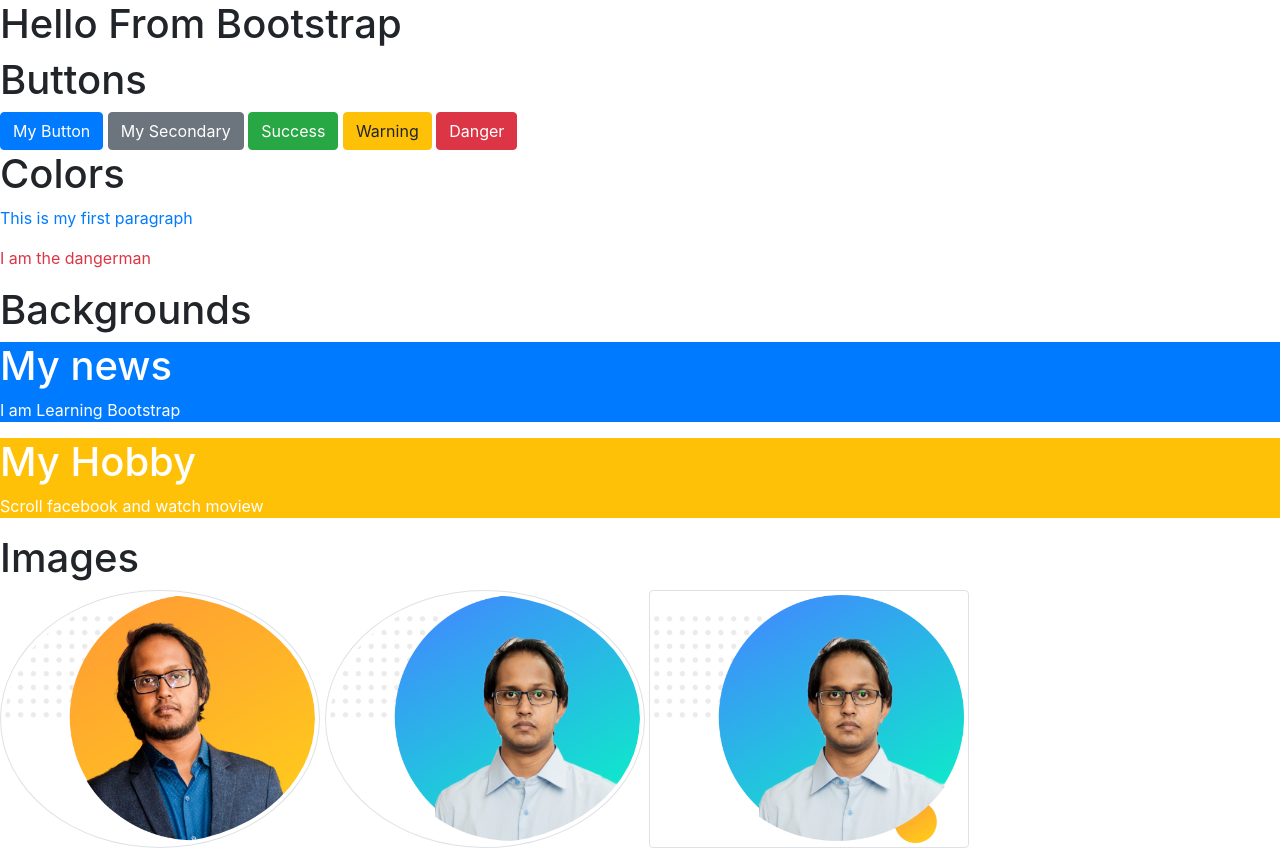
Repository: mohsinfarabi/bootstrap-practice
Page: index.html
An editor plug-in stored every save of this project. The page is shown before and after the next save, followed by the edit.
The browser window is 1280 px wide. The pictures show the whole page.

Above is the page before, as saved 2020-07-06 03:04:37.

### index.html
<!DOCTYPE html>
<html lang="en">

<head>
    <meta charset="UTF-8">
    <meta name="viewport" content="width=device-width, initial-scale=1.0">
    <title>Document</title>
    <link rel="stylesheet" href="css\bootstrap\css\bootstrap.min.css">
</head>

<body>
    <h1>Hello From Bootstrap</h1>
    <h1>Buttons</h1>
    <button class="btn btn-primary">My Button</button>
    <button class="btn btn-secondary">My Secondary</button>
    <button class="btn btn-success">Success</button>
    <button class="btn btn-warning">Warning</button>
    <button class="btn btn-danger">Danger</button>

    <h1>Colors</h1>
    <p class="text-primary">This is my first paragraph</p>
    <p class="text-danger">I am the dangerman</p>

    <h1>Backgrounds</h1>
    <div class="bg-primary text-white">
        <h1>My news</h1>
        <p>I am Learning Bootstrap</p>
    </div>
    <div class="bg-warning text-white">
        <h1>My Hobby</h1>
        <p>Scroll facebook and watch moview</p>
    </div>

    <h1>Images</h1>
    <img src="images/profile1.png" class="img-fluid w-25 rounded-circle img-thumbnail" alt="">
    <img src="images/profile2.png" class="img-fluid w-25 rounded-circle img-thumbnail" alt="">
    <img src="images/profile2.png" class="img-fluid w-25 img-thumbnail" alt="">
</body>

</html>

Loaded but not shown: css/bootstrap/css/bootstrap.min.css (library)

After the next save:
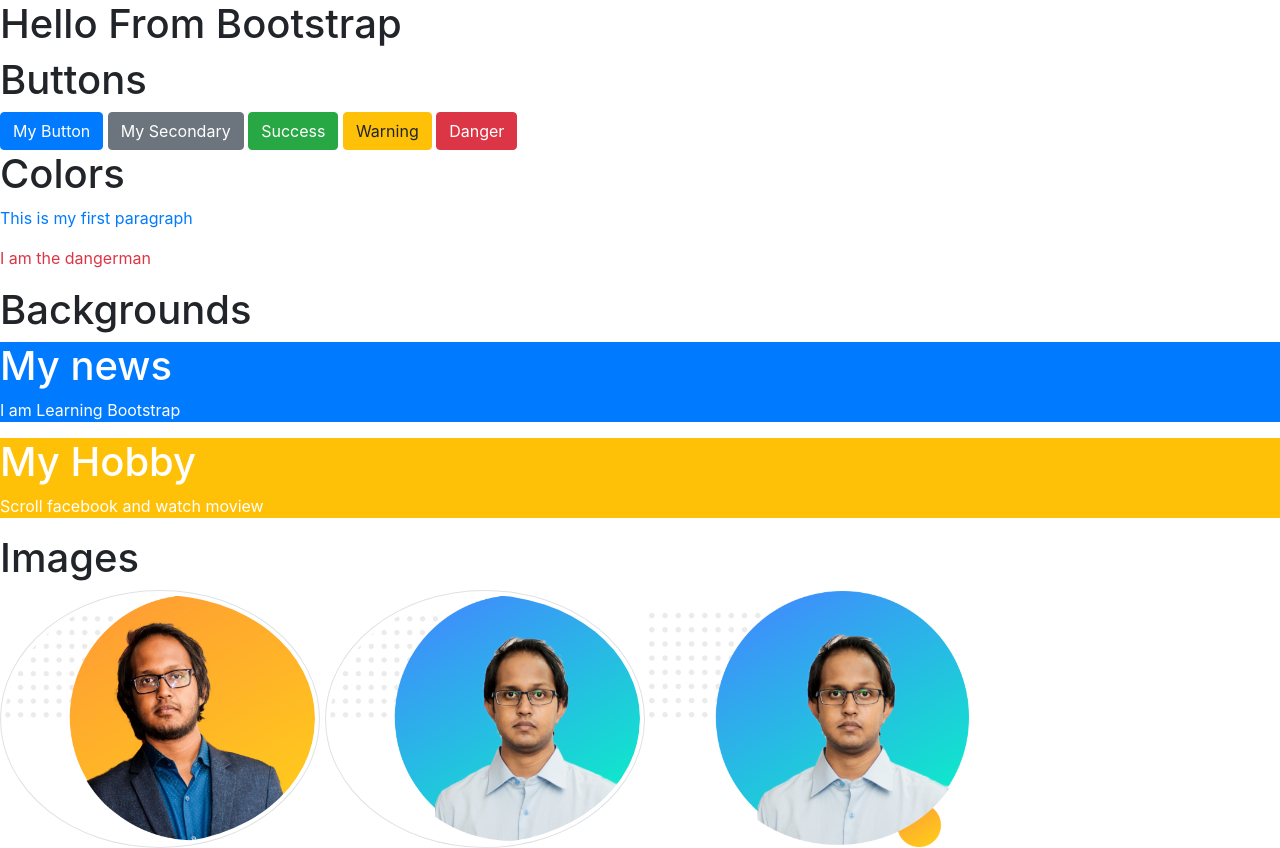
Saved 9 s later.
--- a/index.html
+++ b/index.html
@@ -34,7 +34,7 @@
     <h1>Images</h1>
     <img src="images/profile1.png" class="img-fluid w-25 rounded-circle img-thumbnail" alt="">
     <img src="images/profile2.png" class="img-fluid w-25 rounded-circle img-thumbnail" alt="">
-    <img src="images/profile2.png" class="img-fluid w-25 img-thumbnail" alt="">
+    <img src="images/profile2.png" class="img-fluid w-25" alt="">
 </body>
 
 </html>
